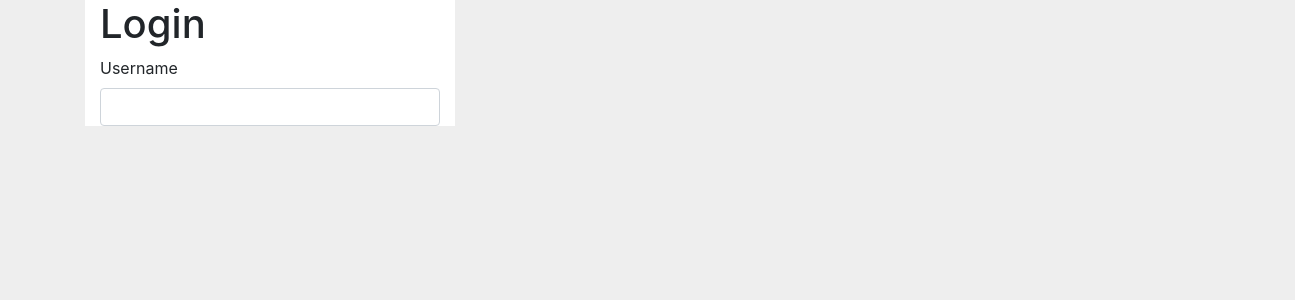
Repository: neoighodaro-articles/migrating-to-laravel
Page: http://localhost/
These files come from the project's save history. The page is drawn as it stood at one moment and after the next save; the edit follows.
The browser window is 1280 px wide. The page is 1280 px wide, then 1295 px, so the pictures cover 1295 px, including what lies to the right of the window. The pictures show the whole page.
The page is run by PHP 8.4 with error messages shown; the project is at /var/www/html/.

Above is the page before, as saved 2018-06-12 18:35:49.

After the next save:
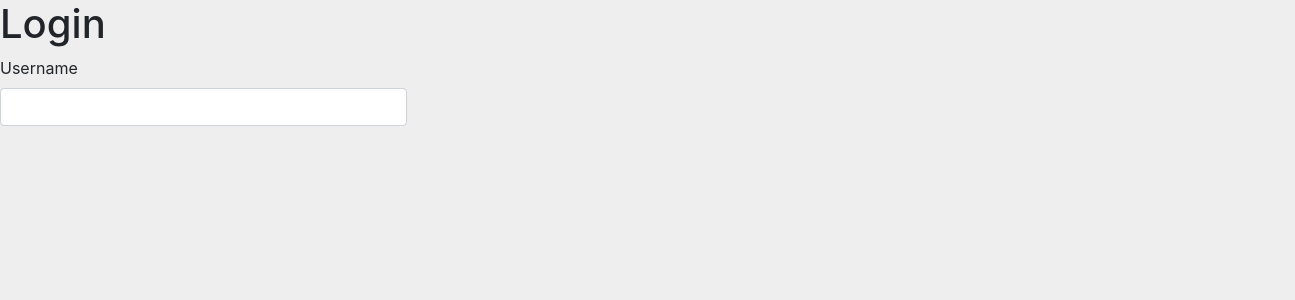
Saved 41 s later.
--- a/vanilla/index.php
+++ b/vanilla/index.php
@@ -13,8 +13,8 @@
   </style>
 </head>
 <body>
-  <div class="container">
-    <div class="col-md-4 col-md-offset-3" style="background: #FFF">
+  <div class="row">
+    <div class="col-md-4 col-md-offset-3">
       <h1> Login </h1>
       <label>Username</label>
       <input type="text" class="form-control">
